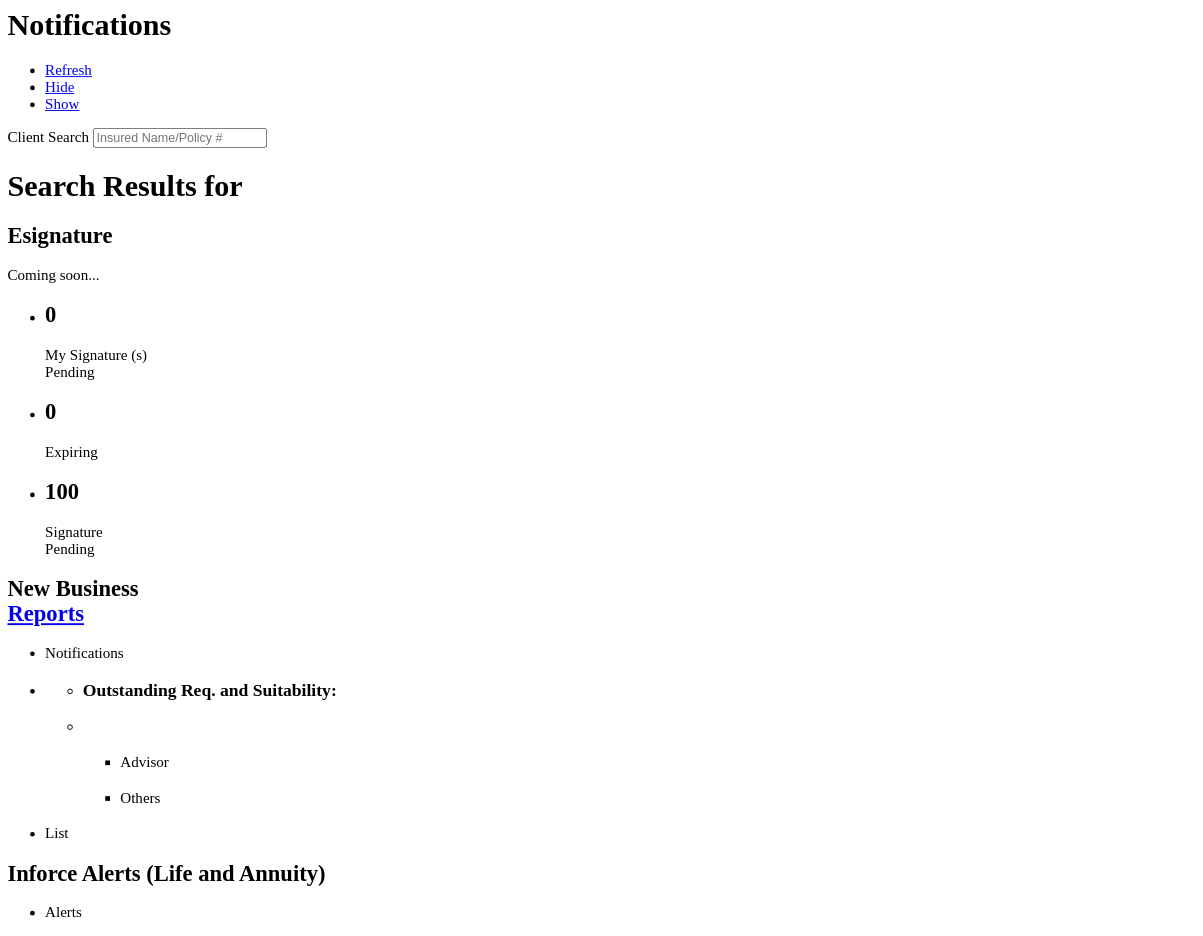
Repository: thakurvishal1990/angular_demo
Page: partials/dashboard.html
The author's editor kept a record of every edit. The page is drawn from the files as they stood at one moment, then again after the next edit.
The browser window is 1280 px wide. The pictures show the whole page, at 94% of full size.

Above is the page before.

After the next edit:
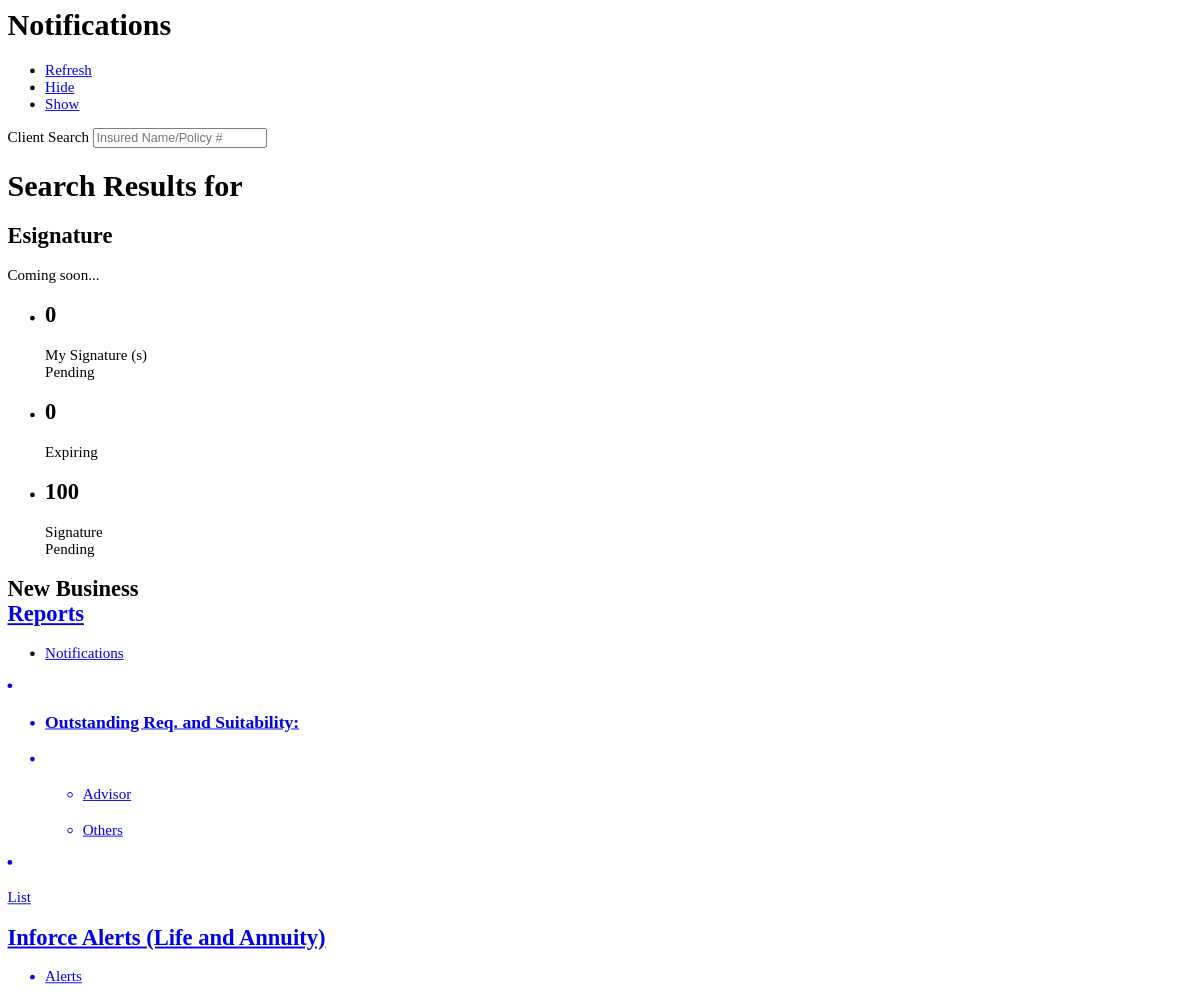
The edit:
--- a/partials/dashboard.html
+++ b/partials/dashboard.html
@@ -92,7 +92,7 @@
 								</h2>
 								<ul class="new-business-content row list-unstyled">
 									<li class="col-xs-6  col-md-4">
-										<div class="notifications clearfix">
+										<a class="notifications clearfix" href="#landing">
 											<div class="notifications-count-wrapper">
 												<h2 class="notifications-count col-blue"></h2>
 											</div>
